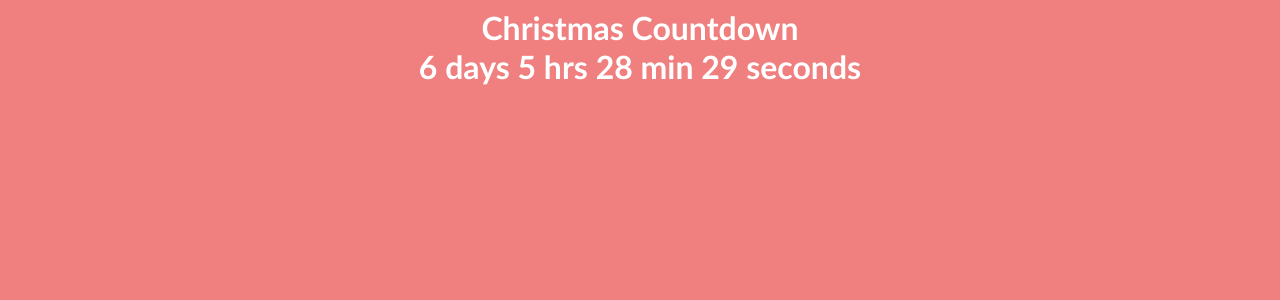
Repository: notMaximilian/countdown-timer
Page: index.html
An editor plug-in stored every save of this project. The page is shown before and after a run of saves, followed by the edit.
The browser window is 1280 px wide. The pictures show the whole page.

Above is the page before, as saved 2021-12-18 19:01:37.

### index.html
<html lang="en">
    <head>
        <meta charset="utf-8"/>
        <title>Christmas Countdown</title>
        <link rel="stylesheet" href="styles.css"/>
    </head>
    <body>
        <h1 id="main-text">Christmas Countdown</h1>
        <h1 id="time-left"></h1>
        <script src="app.js"></script>
    </body>
</html>

### styles.css
body{
    background-color: lightcoral;
    text-align: center;
    color:#ffffff;
    h1 { padding:0; margin:0; }

    font-family: 'Trebuchet MS', 'Lucida Sans Unicode', 'Lucida Grande', 'Lucida Sans', Arial, sans-serif;
}

#main-text{
    /* font-size: 700%; */

}

#time-left{
    /* font-size:  500%; */
}

### app.js
const timeLeft = document.getElementById('time-left')
let timerId;
//Units of time
const second = 1000
const minute = second * 60
const hour = minute * 60
const day = hour * 24

const christmas = new Date('12/25/2021')

function countdown(){
    const today = new Date();
    const timeSpan = christmas - today;

    if(timeSpan <= -day){
        timeLeft.innerHTML("I hope you had a Merry Christmas!!!")
        clearInterval(timerId)
        return
    }

    if (timeSpan <= 0){
        timeLeft.innerHTML("Merry Christmas!!!")
        clearInterval(timerId)
        return
    }

    const days = Math.floor(timeSpan / day)
    const hours = Math.floor((timeSpan % day) / hour)
    const minutes = Math.floor((timeSpan % hour) / minute)
    const seconds = Math.floor((timeSpan % minute) / second)

    timeLeft.innerHTML = days + " days " + hours + " hrs " + minutes + " min " + seconds + " seconds"

}

timerId = setInterval(countdown, second)

After the next 3 saves:
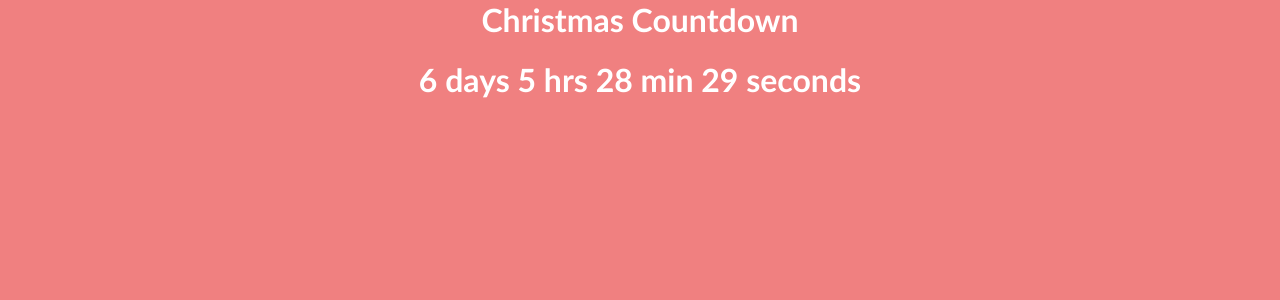
The 3 saves are shown as one change because they came seconds apart.
The last was saved 13 s later.
--- a/styles.css
+++ b/styles.css
@@ -2,7 +2,8 @@
     background-color: lightcoral;
     text-align: center;
     color:#ffffff;
-    h1 { padding:0; margin:0; }
+    padding:0;
+    margin:0;
 
     font-family: 'Trebuchet MS', 'Lucida Sans Unicode', 'Lucida Grande', 'Lucida Sans', Arial, sans-serif;
 }

After the 4 saves that followed:
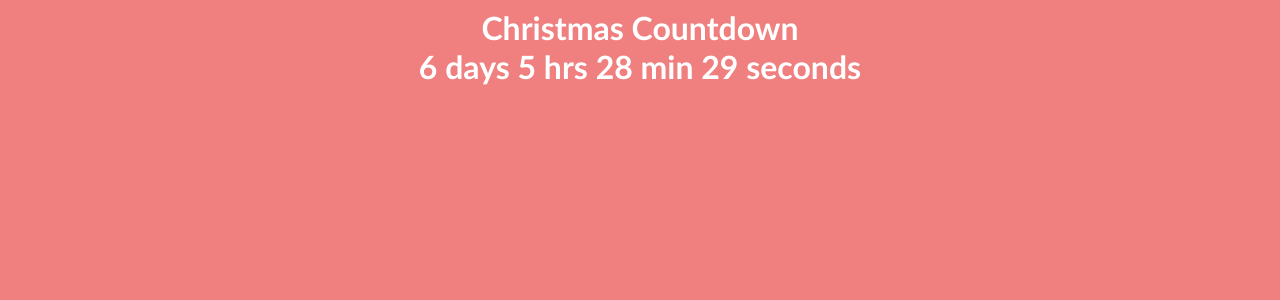
The 4 saves are shown as one change because they came seconds apart.
The last was saved 14 s later.
--- a/styles.css
+++ b/styles.css
@@ -2,12 +2,10 @@
     background-color: lightcoral;
     text-align: center;
     color:#ffffff;
-    padding:0;
-    margin:0;
-
     font-family: 'Trebuchet MS', 'Lucida Sans Unicode', 'Lucida Grande', 'Lucida Sans', Arial, sans-serif;
 }
 
+h1 { padding:0; margin:0; }
 #main-text{
     /* font-size: 700%; */
 
